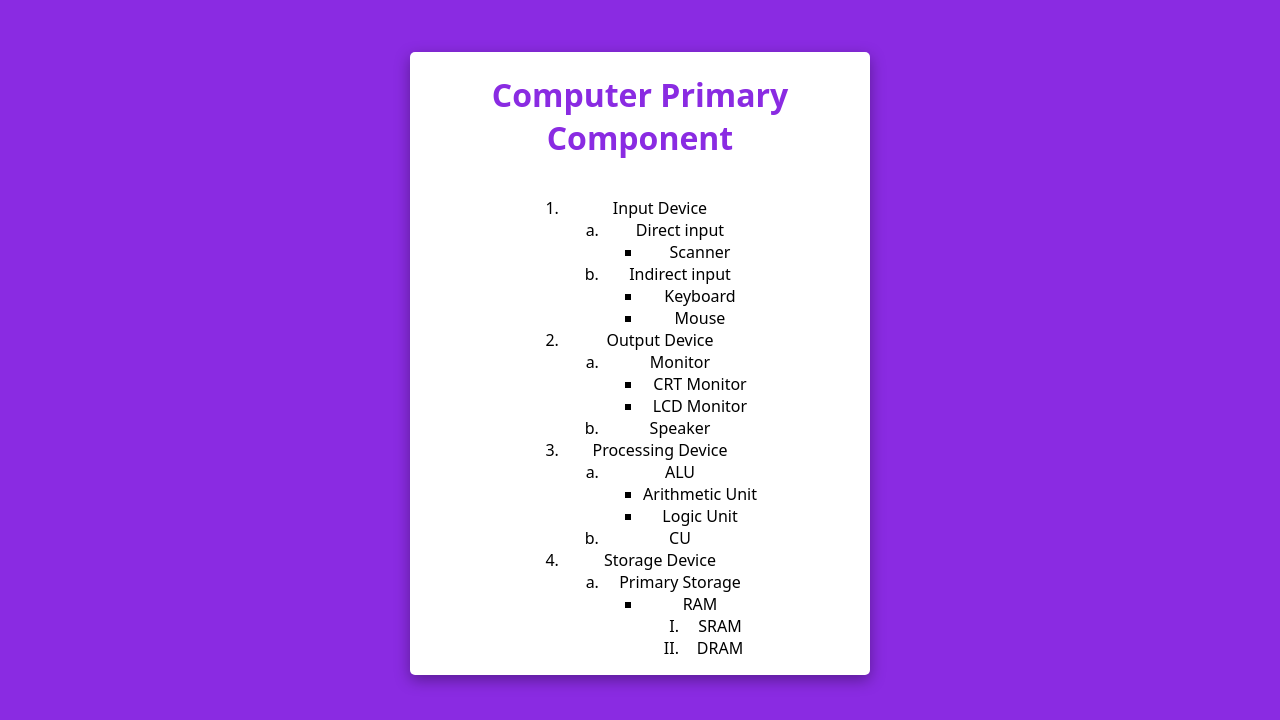
Repository: SharonSebastian32/Nested_List_in_html
Page: index.html
The author's editor kept a copy of each file at every save. The page is drawn from the files as they stood at one save, then again after the next save.
The browser window is 1280 px wide. The pictures show the whole page.

Above is the page before, as saved 2024-09-01 08:12:04.

### index.html
<!DOCTYPE html>
<html lang="en">
  <head>
    <meta charset="UTF-8" />
    <meta name="viewport" content="width=device-width, initial-scale=1.0" />
    <title>Document</title>
    <link rel="stylesheet" href="./Styles/Styles.css" />
    <link href="https://unpkg.com/aos@2.3.1/dist/aos.css" rel="stylesheet" />
  </head>
  <body style="background-color: blueviolet">
    <center>
      <br />
      <br />
      <div
        data-aos="zoom-in-up"
        style="
          border-radius: 5px;
          display: flex;
          flex-wrap: wrap;
          justify-content: center;
          align-items: center;
          flex-direction: column;
          background-color: rgb(255, 255, 255);
          width: 460px;
          box-shadow: rgba(0, 0, 0, 0.35) 0px 5px 15px;
        "
      >
        <h1 style="color: blueviolet;">Computer Primary Component</h1>
        <ol>
          <li>Input Device</li>
          <ol type="a">
            <li>Direct input</li>
            <ul style="list-style-type: square">
              <li>Scanner</li>
            </ul>
            <li>Indirect input</li>
            <ul>
              <li>Keyboard</li>
              <li>Mouse</li>
            </ul>
          </ol>
          <li>Output Device</li>
          <ol type="a">
            <li>Monitor</li>
            <ul>
              <li>CRT Monitor</li>
              <li>LCD Monitor</li>
            </ul>
            <li>Speaker</li>
          </ol>
          <li>Processing Device</li>
          <ol type="a">
            <li>ALU</li>
            <ul>
              <li>Arithmetic Unit</li>
              <li>Logic Unit</li>
            </ul>
            <ul></ul>
            <li>CU</li>
          </ol>
          <li>Storage Device</li>
          <ol type="a">
            <li>Primary Storage</li>
            <ul>
              <li>RAM</li>
              <ol type="I">
                <li>SRAM</li>
                <li>DRAM</li>
              </ol>
            </ul>
          </ol>
        </ol>
      </div>
    </center>
    <script src="https://unpkg.com/aos@2.3.1/dist/aos.js"></script>
    <script>
      AOS.init();
    </script>
  </body>
</html>

### Styles/Styles.css
*{
    font-family: system-ui, -apple-system, BlinkMacSystemFont, 'Segoe UI', Roboto, Oxygen, Ubuntu, Cantarell, 'Open Sans', 'Helvetica Neue', sans-serif;

}

After the next save:
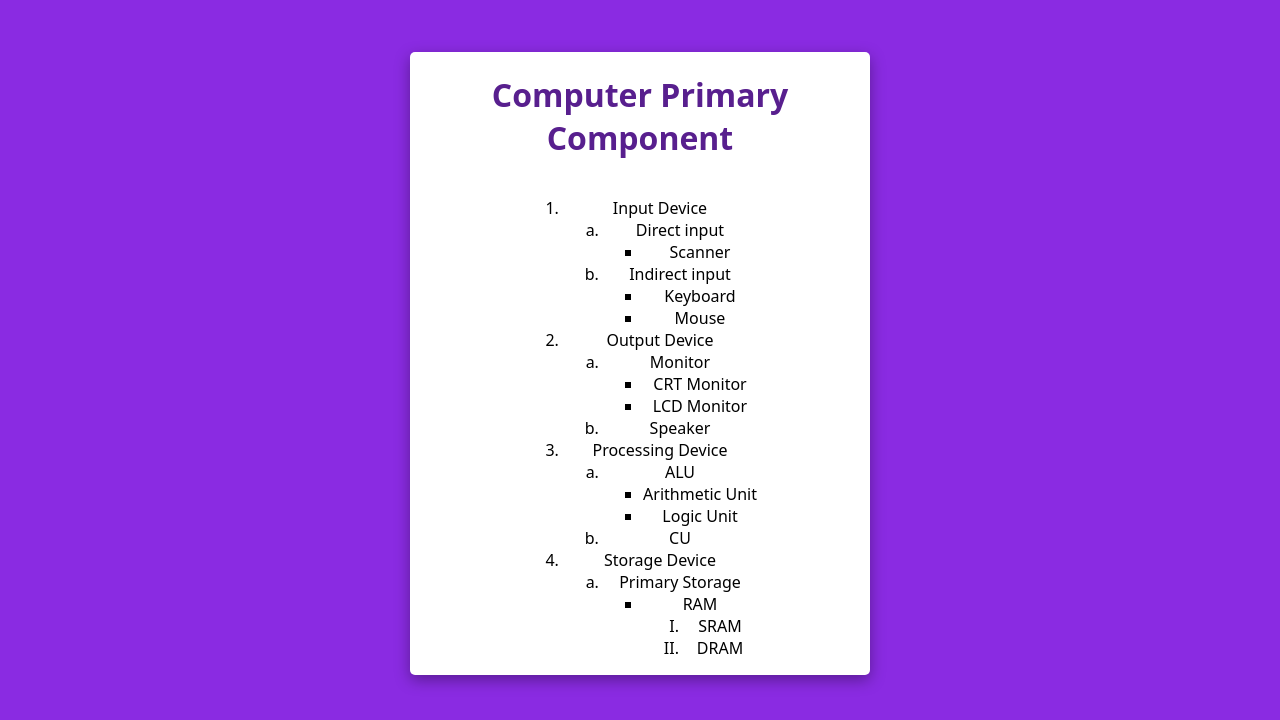
Saved 11 s later.
--- a/index.html
+++ b/index.html
@@ -25,7 +25,7 @@
           box-shadow: rgba(0, 0, 0, 0.35) 0px 5px 15px;
         "
       >
-        <h1 style="color: blueviolet;">Computer Primary Component</h1>
+        <h1 style="color: rgb(88, 31, 142);">Computer Primary Component</h1>
         <ol>
           <li>Input Device</li>
           <ol type="a">
